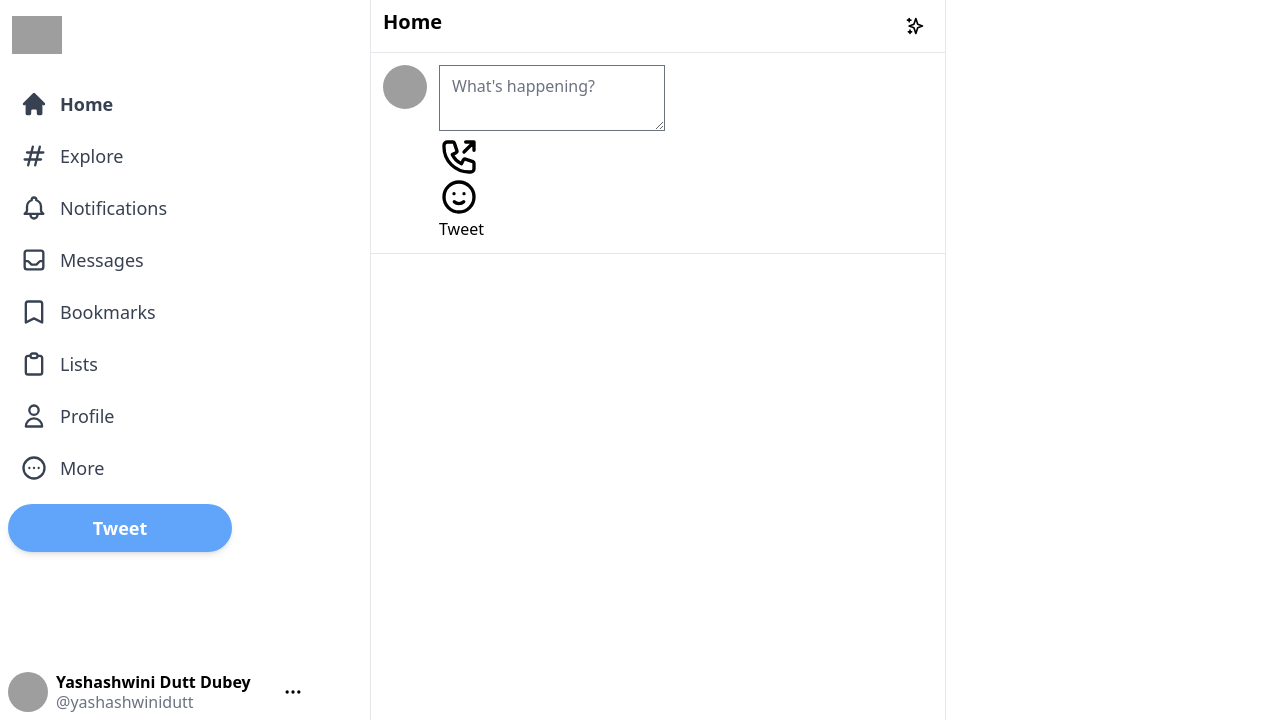
Repository: Yashashwinidutt/twitter
Page: /
An editor plug-in stored every save of this project. The page is shown before and after the next save, followed by the edit.
The browser window is 1280 px wide. The pictures show the whole page.
Pictures or frames that could not be fetched are drawn as grey boxes. The project was rebuilt for these pictures with package versions that can differ from the ones it lists, and the page was loaded fresh each time. The framework's server and built-in components were replaced by stand-ins that run in the browser. Also part of the build but not shown: next.config.js.

Above is the page before, as saved 2023-02-28 11:51:14.

After the next save:
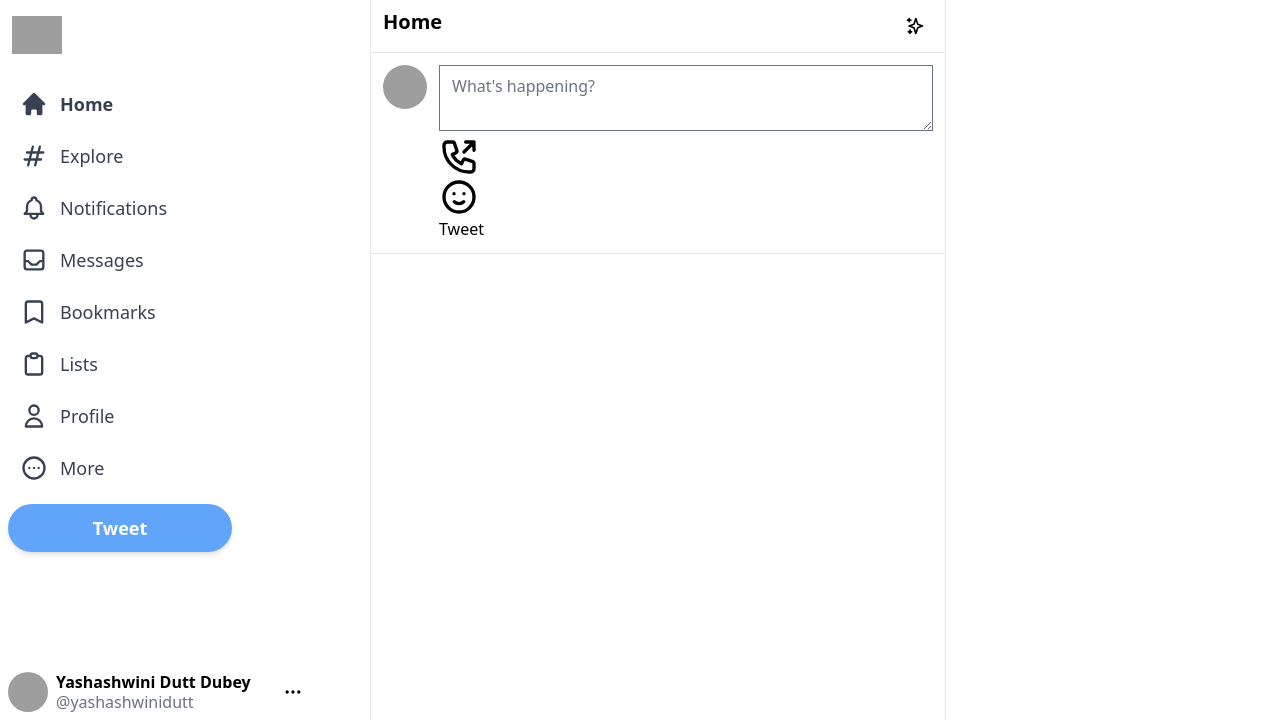
Saved 62 s later.
--- a/components/Input.js
+++ b/components/Input.js
@@ -5,8 +5,8 @@
     <div className="flex border-b border-gray-200 p-3 space-x-3">
 
         <img width="50" src="https://cdn.shopify.com/s/files/1/0467/5878/9279/products/2_da0f83d1-d83f-4209-836e-306ddbbd7845.jpg" alt="error" className="h-11 w-11 rounded-full cursor-pointer hover:brightness-95"/>
-        <div className="">
-          <div className="w-full">
+        <div className="w-full">
+          <div className="">
               <textarea rows="2" className="w-full" placeholder="What's happening?"></textarea>
            </div>
         <div className="">
